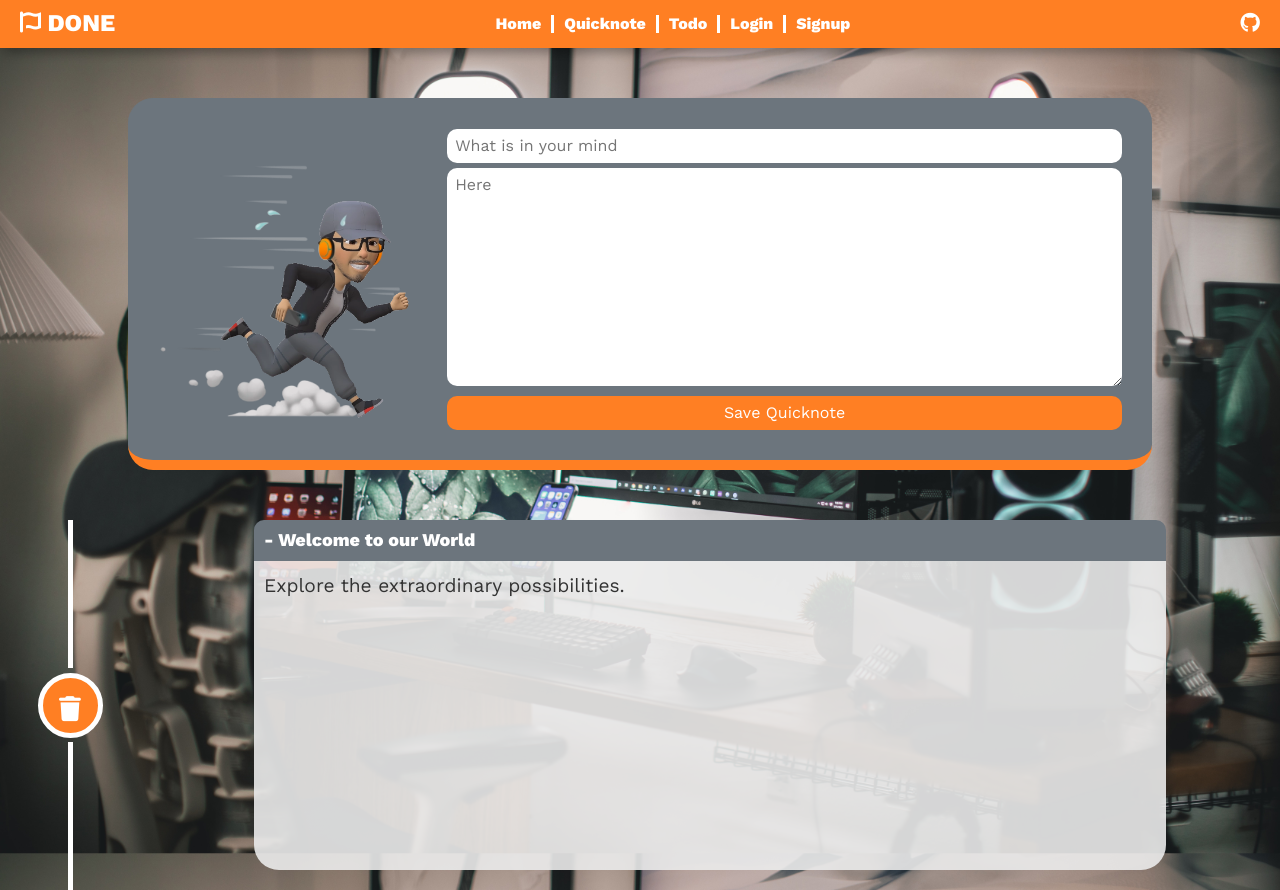
Repository: OmarEssameldinMousa/DONE
Page: quicknote.html
The author's editor kept a copy of each file at every save. The page is drawn from the files as they stood at one save, then again after the next save.
The browser window is 1280 px wide. The pictures show the whole page.
Backgrounds fixed to the window are drawn as part of the page. Some web fonts or font styles are not loaded; a fallback is used.

Above is the page before, as saved 2023-12-19 00:12:53.

### quicknote.html
<!DOCTYPE html>
<html lang="en">

<head>
    <meta charset="UTF-8">
    <meta http-equiv="X-UA-Compatible" content="IE=edge">
    <meta name="viewport" content="width=device-width, initial-scale=1.0">
    <title>My Challenges</title>
    <!-- Render All Elements Normally -->
    <link rel="stylesheet" href="css/normalize.css">
    <!-- Font Awesome Library -->
    <link rel="stylesheet" href="css/all.min.css">
    <!-- Main Template CSS File -->
    <link rel="stylesheet" href="CSS/styles.css">
    <link rel="stylesheet" href="css/challenges.css">
    <!-- Google Fonts -->
    <link rel="preconnect" href="https://fonts.googleapis.com">
    <link rel="preconnect" href="https://fonts.gstatic.com" crossorigin>
    <link
        href="https://fonts.googleapis.com/css2?family=Kablammo&family=VT323&family=Work+Sans:wght@200;300;400;500;600;800&display=swap"
        rel="stylesheet">
    <link rel="preconnect" href="https://fonts.googleapis.com" />
    <link rel="preconnect" href="https://fonts.gstatic.com" crossorigin />
    <link href="https://fonts.googleapis.com/css2?family=Cairo:wght@300;400;700&display=swap" rel="stylesheet" />
</head>

<body>
    <header>
        <nav>
            <!-- Logo with Font Awesome Icon -->
            <div class="logo">
                <i class="fab fa-font-awesome-flag"></i> DONE
            </div>

            <!-- Left-side Navigation Links -->
            <ul class="navlist">
                <li><a href="index.html">Home</a></li>
                <li><a href="quicknote.html">Quicknote</a></li>
                <li><a href="mytasks.html">Todo</a></li>
                <li><a href="#">Login</a></li>
                <li><a href="#">Signup</a></li>
            </ul>

            <!-- Right-side GitHub Icon -->
            <div class="github-icon">
                <a rel="" href="https://github.com/yourusername" target="_blank">
                    <i class="fab fa-github" style="color: white;"></i>
                </a>
            </div>
        </nav>
    </header>

    <div class="addnote">
        <div class="ch_" style="margin: 0px;
        height: auto;">
            <div class="container1 container1addnote">
                <img src="images/omar4.png" alt="">
                <div class="inputfield">
                    <div class="inputtitle">
                        <input type="text" name="title" id="notetitle" placeholder="What is in your mind">
                    </div>
                    <div class="inputnote">
                        <textarea name="notedata" id="notedata" placeholder="Here" rows="11"></textarea>
                    </div>
                    <input type="button" value="Save Quicknote" id="buttonclicksend">
                </div>
            </div>
        </div>
    </div>

    <div class="Challenges-website">

        <div class="bar">
            <div class="repated-line-circle">
                <div class="line-circle">
                    <div class="upper-line">
                    </div>
                    <div class="circle">
                        <p><i class="fa-solid fa-trash" style="font-size: 25px;"></i></p>
                    </div>
                    <div class="lower-line"></div>
                </div>
            </div>

        </div>

        <div class="challenges">
            <div class="ch_">
                <div class="container1">
                    <h6 class="custom-heading">- Welcome to our World</h6>
                    <p class="custom-paragraph">Explore the extraordinary possibilities.</p>
                </div>
            </div>
        </div>
    </div>

    <script src="javascript/quicknote.js"></script>
</body>

</html>

### CSS/styles.css
/* Start Variables */
:root{
    --main-color: rgba(235, 235, 235, 0.6);
    --secondery-color: #ff7f23;
    --third-color:#333;
    --fourth-color: #6c757d;
}
/* End Variables */
/* Special Heading */
.special-heading{
    color: #ebeced;
    font-size: 100px;
    text-align: center;
    font-weight: 800;
    letter-spacing: -3px;
    margin: 0;

}
.special-heading + p{
    margin-top: -30px;
    text-align: center;
    font-size: 20px;
    color: #797979;
}
/* End Special Heading */
/* Start Global Rules */
*{
    -webkit-box-sizing: border-box;
    -moz-box-sizing: border-box;
    box-sizing: border-box;
}

body{

    font-family: 'Kablammo', cursive;
    font-family: 'Work Sans', sans-serif;
    background-color: #797979;

}

.container{
    padding-left: 15px;
    padding-right: 15px;
    margin-left: auto;
    margin-right: auto;
    background-color: #fff;
    margin: auto;
    width: 600px;
}

/*very small screens*/
@media (max-width: 767px){
    .container{
        .special-heading{
            font-size: 60px;
        }
        .special-heading + p{
            margin-top: -20px;
        }

        .landing{
            flex-direction: column;
            text-align: center;
        }
    }
    .navlist{
        display: none;
    }
    .container2{
        flex-direction: column;

    }
    .contact-section h1{
        font-size: medium;
    }
    .snippests .kemointegration{
        width: 200px;
        height: 200px;
    }
    .explore2{
        top: 300vh;
    }

}
/*small screens*/
@media (min-width: 768px){
    .container{
        width: 750px;
    }
}
/*Medium screens*/
@media (min-width: 992px){
    .container{
        width: 970px;
    }
}
/*Large screens*/
@media (min-width: 1200px){
    .container{
        width: 1170px;
    }
}
/* End Global Rules */


html{
    scroll-behavior: smooth;
}
/* navigation bar */

nav {
    background-color:  var(--secondery-color);
    color: white;
    display: flex;
    align-items: center;
    justify-content: space-between;
    padding: 10px 20px;
    box-shadow: 5px 5px 10px rgba(0, 0, 0, 0.3);
}
nav ul {
    list-style: none;
    margin: 0;
    padding: 0;
    display: flex;
}
nav ul li {
    margin-right: 10px;
    font-weight: bold;

}
nav ul li:not(:last-child) {
    border-right: solid 3px white;
    padding-right: 10px;
}
nav ul li a {
    text-decoration: none;
    color: white;
    transition: 0.3s;
}
nav ul li a:hover {
    color: var(--main-color); /* Change color on hover */
}
.logo {
    font-size: 24px;
    font-weight: bold;
}
.github-icon {
    font-size: 20px;
    color: white;
}

.heading{
    display: flex;
    align-items: center;
    justify-content: center;
    margin-top: 50px;
    height: auto;
}

.landing{
    width: 100%;

    background-color: none;
    display: flex;
    flex-direction: row;

}

.landing h1{
    color: var(--secondery-color);
    font-size: 50px;
    font-weight: 900;
    padding: 30px;
}
.landing p{
    font-size: 20px;
}
.landing .logoimage img{
    width: 400px;
    position: relative;
    animation: topdown 2s ease-in-out infinite;
}

.landing .landingtext .buttons{
    margin: 30px;
    top: 150px;
}
@keyframes topdown {
    0%, 100% {
        top: 0; /* Starting and ending position (top) */
    }
    50% {
        top: 5px; /* Middle position (top) */
    }
}


.explore{
    height: auto;
    text-align: center;
    display: flex;
    padding: 0px 10px;
    transition: 0.3s;
    width: min-content;
    margin: 30px auto 75px;
    border: #ff7f23 solid 2px;
    border-radius: 10px;
    justify-content: center;
    align-items: cneter;
}
.explore a{
    color: var(--secondery-color);
    font-weight: 900;
    font-size: 50px;
    transform: 0.3s;
    text-decoration: none;
    transition: 0.3s;

}

.explore img{
    width: 80px;
}
.landing .logoimage{
    position: relative;
}


.explore:hover{
    background-color: var(--secondery-color);
    border-radius: 20px;

    cursor: pointer;
}

.explore:hover a{
    color: #ebeced;
}



/* to do demo */
.tododemo{
    height: auto;
    background-color: var(--secondery-color);
    box-shadow: rgba(0, 0, 0, 0.3) 0px -4px 20px 9px;
    display: flex;
    flex-direction: column;
    width: 100%;
    justify-content: center;
    align-items: center;
}

.snippests{
    height: 100vh;
    background-color: var(--fourth-color);
    box-shadow: rgba(0, 0, 0, 0.3) 0px 7px 20px 9px
}

/* Services */

/* Styles for the container2 */
.container2 {
    display: flex;
    justify-content: space-between;
    width: 80%; /* Adjust the width as needed */
    margin-top: 20px; /* Add margin or adjust as required */
    flex: 1;

    margin:20px auto 0;
}

.tododemo h1{
    color: white;
    font-size: 50px;
    font-weight: 900;
    padding: 30px;
}
.tododemo p{
    font-size: 20px;
    color: white;
}

/* Styles for .omar and .kemo */
.omar,
.kemo {
    display: flex;
    flex-direction: column;
    align-items: center;
    /* Add any other styles you require */
}


.demoimage1 {
    display: flex;
    justify-content: center;
    align-items: center;
    width: 150px;
    height: 150px;
    margin-bottom: 10px;
    width: 200px;
    height: 200px;
    background-color: var(--fourth-color);
    /* transform: rotate(90deg); */
    border-radius: 40%;
}


/* Styles for images within .omar and .kemo */
.omar > img,
.kemo > img {
    width: 300px;
    height: auto;
    text-align: right;
    transition: 0.3s;
}

.omar > img:hover,
.kemo > img:hover{
    width: 310px;
}

.demoimage1 img {
    max-width: 400px;
    max-height: 400px;
    margin-bottom: 20px;
    border-radius: 10px;
    box-shadow: rgba(0, 0, 0, 0.3) 0px -4px 20px 9px;
    transition: 0.3s;
}

.demoimage1 img:hover{
    max-width: 420px;
    max-height: 420px;
    transform: rotate(5deg);
}



/* contact */
.snippests{
    position: relative;
    padding: 50px;
}

.snippests img{
    width: 290px;
    height: 290px;
    position: absolute;
    bottom: 0;
    right: 50px;
    transition: 0.3s;
}

.snippests img:hover{
    width: 300px;
    height: 300px;
}

.contact-section {
    width: 70%;
    background-color: #fff;
    padding: 30px 30px;
    text-align: center;
    position: absolute;
    top: 50%;
    left: 50%;
    transform: translate(-50%,-50%);
    border-radius: 10px;

}
.contact-section label{
    font-size: 20px;
}

.contact-form {
    max-width: 100%;
    margin: 0 auto;
}
.contact-section h1{
    color: var(--secondery-color);
    font-size: 50px;
    font-weight: 900;
    padding: 30px;
}
.contact-form input,
.contact-form textarea {
    width: 100%;
    padding: 10px;
    margin-bottom: 20px;
    box-sizing: border-box;
}

.contact-form button {
    background-color: #4caf50;
    color: #fff;
    padding: 10px 20px;
    border: none;
    cursor: pointer;
}

.contact-form button:hover {
    background-color: #45a049;
}



/* footer styles */
footer{
    display: flex;
    justify-content: space-between;
    background-color: var(--secondery-color);
    align-items: center;
}
.footer {
    color: #fff;
    text-align: center;
    padding: 20px;
    bottom: 0;
    width: 100%;
    flex: 1;
}
footer img{
    width:120px;
    height:120px;
}
.footer a {
    color: #fff;
    text-decoration: none;
}
.footer p{
    font-size: 20px;
    font-weight: bold;
}
.footer a:hover {
    text-decoration: underline;
}


.explore2{
    text-align: center;
    padding: 0px 10px;
    transition: 0.3s;
    width: min-content;
    margin: 30px auto;

    border-radius: 10px;
    position: absolute;
    z-index: 10;
    left: 50%;
    top: 185vh;
    transform: translateX(-50%);

}

.explore2 a{
    color: white;
    font-weight: 900;
    font-size: 50px;
    text-decoration: none;
    transition: 0.3s;
}


.explore2:hover{
    background-color: white;
    border-radius: 20px;

    cursor: pointer;
}

.explore2:hover a{
    color: var(--secondery-color);
}

### CSS/challenges.css
* {
    -webkit-box-sizing: border-box;
    -moz-box-sizing: border-box;
    box-sizing: border-box;
    padding: 0;
    margin: 0;
}
a {
    text-decoration: none;
    color: black;
}
ul {
    list-style: none;
    margin: 0;
    padding: 0;
}
html {
    scroll-behavior: smooth;
}
body {
    /* background-image: linear-gradient(90deg, #ff7f23  , rgba(235, 235, 235, 0.6)  ); */
    background-image: url(../images/backgroundimage.jpg);
    background-size: cover;
    background-repeat: no-repeat;
    background-attachment: fixed;
}
@media (max-width: 767px){
    body{
        background-image: url(../images/ben-kolde-bs2Ba7t69mM-unsplash.jpg)
    }
    .bar{
        display: none;
    }
    /* .challenges .container1{
        width: 400px;
    }*/
    .ch_:hover .container1{
        width: calc(50%);
        height: 550px;
        background-color: rgba(211, 211, 211, 0.6);
    }
    .container1addnote{
        flex-direction: column;
    }

}
/*small screens*/
@media (min-width: 768px){
    /* .container1{
        width: 600px;
    } */
}
/*Medium screens*/
@media (min-width: 992px){
    /* .container1{
        width: 800px;
    } */
}
/*Large screens*/
@media (min-width: 1200px){
    /* .container1{
        width: 1000px;
    } */
}
.Challenges-website{
    display: flex;


}
/*start bar*/
.Challenges-website .bar{
    width: 140px;
    padding: 0 67.5px;
    height: auto;
}
.Challenges-website .bar .repated-line-circle{
    width: 5px;
    height: 100%;
}
.Challenges-website .bar .line-circle{
    display: flex;
    flex-direction: column;
    width: 100%;
    height: 100%;
    justify-content: space-between;
    align-items: center;
}
.Challenges-website .bar .line-circle .upper-line{
    width: 100%;
    height: 40%;
    background-color: white;

}
.Challenges-website .bar .line-circle .circle{
    width: 65px;
    height: 65px;
    background-color: #ff7f23;
    border-radius: 50%;
    text-align: center;
    position: relative;
    transition: 0.3s;
    border: 5px solid white;
}
.Challenges-website .bar:hover .circle{
    width: 110px;
    height: 110px;
    border-radius: 40%;

}
.Challenges-website .bar:hover .circle + p{
    font-size: 70px;
    color: white
}
.Challenges-website .bar .line-circle .circle p{
    position: absolute;
    left: 50%;
    top: 50%;
    transform: translate(-50%, -50%);
    font-size: 40px;
    color: white;
}
.line-circle .circle p a{
    text-decoration: none;
}
.Challenges-website .bar .line-circle .lower-line{
    width: 5px;
    height: 40%;
    background-color: white;
}
/*end bar*/
/* start challenges*/
.Challenges-website .challenges{
    display: flex;
    flex: 1;
    justify-content: center;
    background-color: transparent;
    flex-direction: column;
    height: auto;
}
.ch_{
    height: auto;
    padding-top: 0px;
    position: relative;
}

.container1{
    background-color: rgba(235, 235, 235, 0.897);
    width: 80%;
    min-height: 350px;
    margin: 0px auto 20px;
    border-radius: 25px;
    border-width: 0;
    transition: 0.3s;
    position: relative;
}
.ch_:hover .container1{
    width: calc(80% + 30px);
    height: auto;
    background-color: rgba(211, 211, 211, 0.85);
}


.container1addnote{
    border-bottom: #ff7f23 solid 10px;
    border-top: #6c757d solid 1px;
    margin: 50px auto;
    min-height: 300px;
    width: 80%;
    background-color: #6c757d;
    display: flex;
    align-items: center;
    /* Adjust spacing as needed */
    justify-content: center;
    padding: 30px;
    height: auto;
    /* Optional: To adjust the width of the container */
}

/* ---------------------------------------------------------------------------------------- */


.inputfield {
    display: flex;
    flex: 1;
    flex-direction: column;
    gap: 5px;
}

.inputtitle input,
.inputnote textarea,
input[type="button"] {
    width: 100%;
    padding: 8px;
    border: 0px solid #ccc;
    border-radius: 10px;
}
input[type="button"]{
    background-color: #ff7f23;
    color: white;
    cursor: pointer;
}
.inputtitle input:focus,
.inputnote textarea:focus{
    outline: none;
    padding: 10px;
}

img {
    max-width: 30%; /* Adjust the size of the image */
    height: auto;
}


/*        */

/* Styling for the custom heading */
.custom-heading {
    font-size: 2.5em; /* Adjust the font size as needed */
    color: white; /* Green color */
    background-color: #6c757d;
    border-top-left-radius: 10px;
    border-top-right-radius: 10px;
    text-align: left;
    padding: 10px;
    font-size: large;
}


.custom-paragraph {
    font-size: 1.2em;
    color: #333;
    text-align: justify;
    line-height: 1.6;
    margin-top: 10px;
    margin-left: 10px;

}

### javascript/quicknote.js
function createChallengesWebsite(NoteTitle,NoteText) {
    // Create the outer container
    var challengesWebsite = document.createElement('div');
    challengesWebsite.className = 'Challenges-website';

    // Create the bar section
    var bar = document.createElement('div');
    bar.className = 'bar';

    var repatedLineCircle = document.createElement('div');
    repatedLineCircle.className = 'repated-line-circle';

    var lineCircle = document.createElement('div');
    lineCircle.className = 'line-circle';

    var upperLine = document.createElement('div');
    upperLine.className = 'upper-line';


    var circle = document.createElement('div');
    circle.className = 'circle';

    var icon = document.createElement('p');
    icon.innerHTML = '<i class="fa-solid fa-trash" style="font-size: 25px;"></i>';

    var lowerLine = document.createElement('div');
    lowerLine.className = 'lower-line';

    // Append elements to build the bar section
    circle.appendChild(icon);

    lineCircle.appendChild(upperLine);
    lineCircle.appendChild(circle);
    lineCircle.appendChild(lowerLine);

    repatedLineCircle.appendChild(lineCircle);
    bar.appendChild(repatedLineCircle);

    // Create the challenges section
    var challenges = document.createElement('div');
    challenges.className = 'challenges';

    var ch_ = document.createElement('div');
    ch_.className = 'ch_';

    var container1 = document.createElement('div');
    container1.className = 'container1';

    var heading = document.createElement('h6');
    heading.className = 'custom-heading';
    heading.innerText = '- ' + NoteTitle.value;

    var paragraph = document.createElement('p');
    paragraph.className = 'custom-paragraph';
    paragraph.innerText = NoteText.value;

    // Append elements to build the challenges section
    container1.appendChild(heading);
    container1.appendChild(paragraph);
    ch_.appendChild(container1);
    challenges.appendChild(ch_);

    // Append the bar and challenges sections to the outer container
    challengesWebsite.appendChild(bar);
    challengesWebsite.appendChild(challenges);

    // Append the Challenges Website to the body or another desired element
    document.body.appendChild(challengesWebsite);
}

var NoteTitle = document.querySelector("#notetitle")
var NoteText = document.querySelector("#notedata")
var ButtonAddNote = document.querySelector("#buttonclicksend")

ButtonAddNote.addEventListener('click',function(){
    if(NoteText.value.trim().length !== 0 && NoteTitle.value.trim().length !== 0){
        createChallengesWebsite(NoteTitle,NoteText)
    }
    NoteText.value = ""
    NoteTitle.value = ""
})


document.addEventListener('click',(e)=>{
    if (e.target.classList.contains("fa-solid", "fa-trash")) {
        // Find the closest ancestor with the class 'Challenges-website'
        var challengesWebsite = e.target.closest('.Challenges-website');

        // Check if the ancestor exists before trying to remove it
        if (challengesWebsite) {
            // challengesWebsite.parentNode.removeChild(challengesWebsite);
            document.body.removeChild(challengesWebsite)
        }
    }
})

Loaded but not shown: CSS/normalize.css (library); CSS/all.min.css (library)

After the next save:
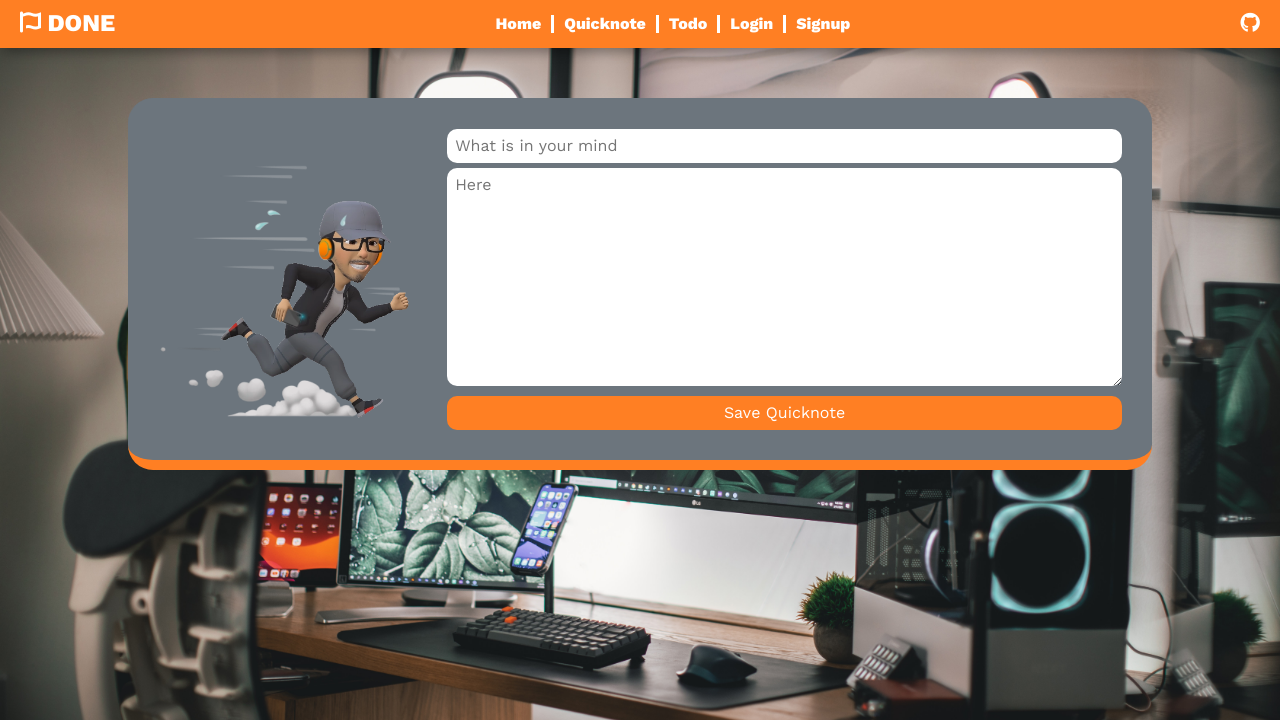
Saved 11 s later.
--- a/quicknote.html
+++ b/quicknote.html
@@ -68,31 +68,7 @@
         </div>
     </div>
 
-    <div class="Challenges-website">
 
-        <div class="bar">
-            <div class="repated-line-circle">
-                <div class="line-circle">
-                    <div class="upper-line">
-                    </div>
-                    <div class="circle">
-                        <p><i class="fa-solid fa-trash" style="font-size: 25px;"></i></p>
-                    </div>
-                    <div class="lower-line"></div>
-                </div>
-            </div>
-
-        </div>
-
-        <div class="challenges">
-            <div class="ch_">
-                <div class="container1">
-                    <h6 class="custom-heading">- Welcome to our World</h6>
-                    <p class="custom-paragraph">Explore the extraordinary possibilities.</p>
-                </div>
-            </div>
-        </div>
-    </div>
 
     <script src="javascript/quicknote.js"></script>
 </body>
